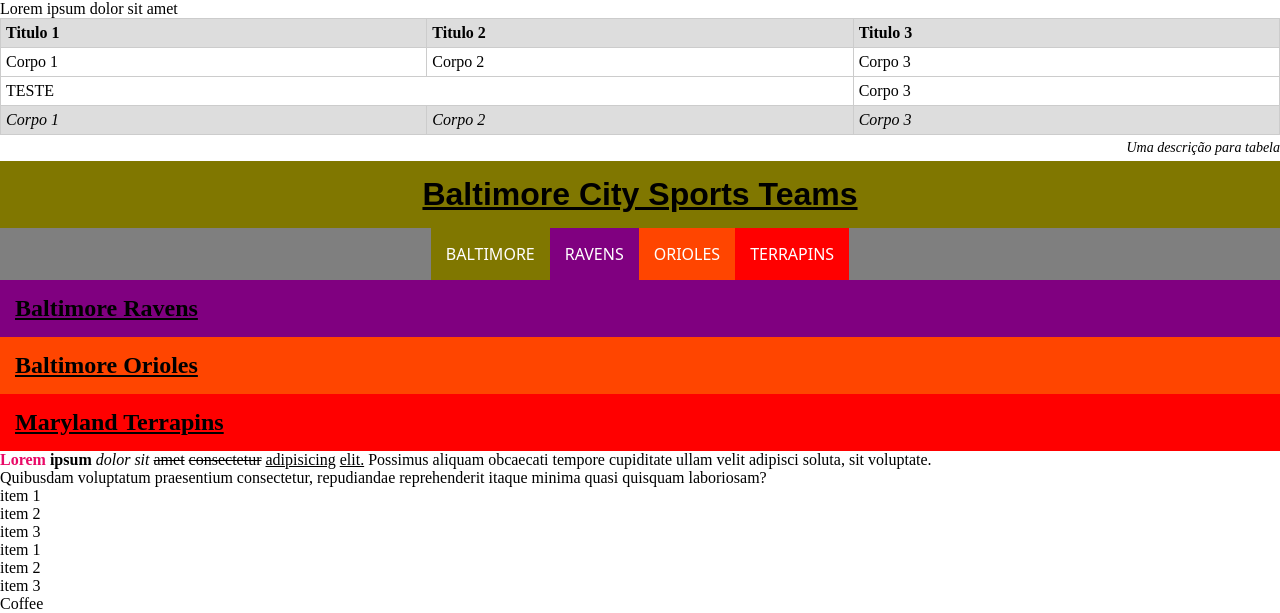
Repository: danilodscosta/CursoHTML
Page: index.html
An editor plug-in stored every save of this project. The page is shown before and after the next save, followed by the edit.
The browser window is 1280 px wide. The pictures show the part of the page from y = 0 to 613 px (the page is 1203 px tall).
A picture or video elsewhere on the page could not be fetched, so the positions and the page height are approximate.

Above is the page before, as saved 2023-11-02 12:44:34.

### index.html
<!DOCTYPE html>
<html lang="pt-BR">

<head>
    <meta charset="utf-8">
    <title>Baltimore</title>

    <style>
        * {
            margin: 0;
            padding: 0;
            box-sizing: border-box;
        }

        h1 {
            background: rgb(128, 119, 0);
            margin-left: center;
            margin-right: center;
            display: flex;
            align-items: center;
            justify-content: center;
        }

        p {
            color: rgb(0, 0, 0);
        }

        #titulo-1 {
            font-family: sans-serif;
            padding-top: 15px;
            padding-left: 15px;
            padding-bottom: 15px;
            padding-right: 15px;
        }

        #ravens {
            background: purple;
            color: black;
            padding: 15px;
        }

        #orioles {
            background: orangered;
            color: black;
            padding: 15px;
        }

        #terps {
            background: red;
            color: black;
            padding: 15px;
        }

        a.text:link {
            color: #000000;
        }

        a.text:visited {
            color: #000000;
        }

        a.text:hover {
            color: #1f0074;
        }

        .bold {
            color: rgb(233, 10, 103);
        }

        .lamar-photo {
            width: 200px;
        }

        .section-one,
        .section-two {
            box-sizing: border-box;
        }

        .section-one {
            width: 200px;
            height: 150px;
            background-color: deeppink;
            background-position: center center;
            background-size: cover;
            background-image: url(https://www.patriotwood.com/cdn/shop/products/Ravens1.JPG?v=1538356410);
            border: 5px solid black;
            padding: 15px;
            color: #fff;
            margin: 20px;
        }

        .section-two {
            background: deepskyblue;
            width: 200px;
            height: 150px;
            border-width: 10px;
            border-style: solid;
            border-bottom-color: blue;
            border-top-color: red;
            border-left-color: yellow;
            border-right-color: green;
            padding: 15px;
            color: #fff;
            margin: 20px;
        }

        nav {
            background-color: rgba(0, 0, 0, 0.5);
        }

        nav {
            display: flex;
            align-items: center;
            justify-content: center;
        }

        nav a {
            color: #ffffff;
            text-decoration: none;
            padding: 15px;
            display: block;
            text-transform: uppercase;
            font-family: system-ui, -apple-system, BlinkMacSystemFont, 'Segoe UI', Roboto, Oxygen, Ubuntu, Cantarell, 'Open Sans', 'Helvetica Neue', sans-serif;
        }

        nav ul {
            display: flex;
            list-style-type: none;
            background: rgba(0, 0, 0, 0.2);
        }

        .baltimoreh {
            background-color: rgb(128, 119, 0)
        }

        .baltimoreh:hover {
            background: rgb(94, 87, 0);
        }

        .ravensh {
            background-color: purple
        }

        .ravensh:hover {
            background: rgb(77, 0, 77)
        }

        .oriolesh {
            background-color:orangered
        }

        .oriolesh:hover {
            background: rgb(187, 50, 0)
        }

        .terpsh {
            background-color: red
        }

        .terpsh:hover {
            background: rgb(165, 1, 1)
        }

        table td, table th {
            border: 1px solid #ccc;
            padding: 5px;
            text-align: left;
        }

        table {
            border-collapse: collapse;
            width: 100%;
        }

        table caption {
            caption-side: bottom;
            font-size: 14px;
            font-style: italic;
            text-align: right;
            margin: 5px 0;
        }

        tfoot td, table th {
            background-color: #ddd;
        }

        tfoot td {
            font-style: oblique;
        }


        /* # antes de id
           . antes de class  */
    </style>
</head>

<body>
    <p>Lorem ipsum dolor sit amet</p>

    <table>
        <caption>Uma descrição para tabela</caption>
        <thead>
            <tr>
                <th>Titulo 1</th>
                <th>Titulo 2</th>
                <th>Titulo 3</th>
            </tr>
        </thead>

        <tbody>
            <tr>
                <td>Corpo 1</td>
                <td>Corpo 2</td>
                <td>Corpo 3</td>
            </tr>
            <tr>
                <td colspan="2">TESTE</td>
                <td>Corpo 3</td>
            </tr>
        </tbody>

        <tfoot>
            <tr>
                <td>Corpo 1</td>
                <td>Corpo 2</td>
                <td>Corpo 3</td>
            </tr>
        </tfoot>
    </table>

    <h1 id="titulo-1">
        <!--id e class são identificadores, sendo id > class, o vscode priorizará o id-->
        <a href="https://www.baltimorecity.gov/" class="text" target="_blank">Baltimore City Sports Teams</a>
    </h1>
    <nav>
        <ul>
            <li><a class="baltimoreh" href="https://www.baltimorecity.gov/" target="_blank">baltimore</a></li>
            <li><a class="ravensh" href="https://www.baltimoreravens.com/" target="_blank">ravens</a></li>
            <li><a class="oriolesh" href="https://www.mlb.com/orioles" target="_blank">orioles</a></li>
            <li><a class="terpsh" href="https://umterps.com/" target="_blank">Terrapins</a></li>
        </ul>
    </nav>
    <h2 id="ravens">
        <a href="https://www.baltimoreravens.com/" class="text" target="_blank">Baltimore Ravens</a>
    </h2>
    <h2 id="orioles">
        <a href="https://www.mlb.com/orioles" class="text" target="_blank">Baltimore Orioles</a>
    </h2>
    <h2 id="terps">
        <a href="https://umterps.com/" class="text" target="_blank">Maryland Terrapins</a>
    </h2>

    <!-- h1 > h6 importancia na semantica -->
    <p>
        <b class="bold">Lorem</b> <strong>ipsum</strong> <i>dolor</i> <em>sit</em> <del>amet</del>
        <s>consectetur</s> <ins>adipisicing</ins> <u>elit.</u> Possimus aliquam obcaecati tempore cupiditate
        ullam velit adipisci soluta, sit voluptate.<br>
        Quibusdam voluptatum praesentium consectetur, repudiandae reprehenderit
        itaque minima quasi quisquam laboriosam?
    </p>
    <!-- as tags: b, i, s, u são tags "fisicas",
    já as tags: strong, em, del, ins são tags "semânticas"
    <br> = quebra de linha -->

    <ul>
        <li>item 1</li>
        <li>item 2</li>
        <li>item 3</li>
    </ul>

    <ol type="A">
        <li>item 1</li>
        <li>item 2</li>
        <li>item 3</li>
    </ol>

    <dl>
        <dt>Coffee</dt>
        <dd>black hot drink</dd>
    </dl>

    <hr>
    <p><a href="https://github.com/danilodscosta" target="_blank">GitHub</a>

        <a href="https://www.espn.com.br/nfl/jogador/_/id/3916387/lamar-jackson" target="_blank">
            <img class="lamar-photo"
                src="https://s2.glbimg.com/Ic0P2IRxEOcNXZfRlZgY5ee0my0=/0x0:1024x683/924x0/smart/filters:strip_icc()/i.s3.glbimg.com/v1/AUTH_bc8228b6673f488aa253bbcb03c80ec5/internal_photos/bs/2020/l/h/gBwkcLS4GNRl9JhqhbvA/gettyimages-1193646827.jpg"
                alt="Lamar Jackson"></a>
    </p>

    <blockquote>QB1.</blockquote>

    <section class="section-one">baltimore ranves shield</section>
    <section class="section-two">2</section>
    <hr>
    <div>Eu sou um bloco</div>
    <footer>teste</footer>
</body>

</html>

After the next save:
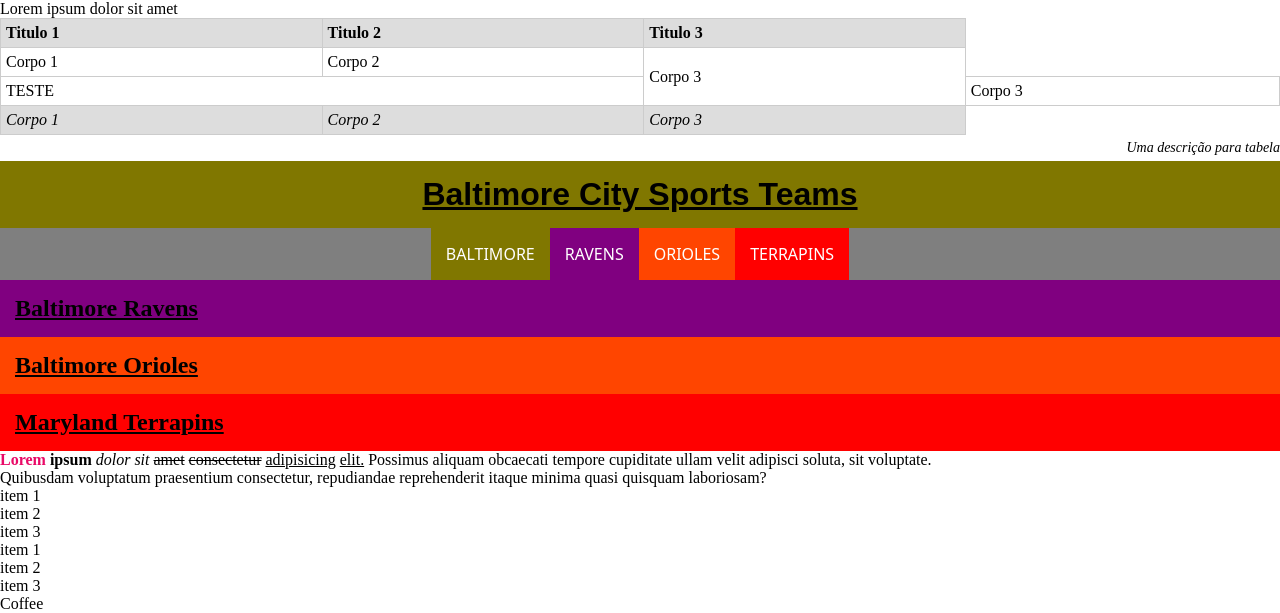
Saved 8 min 32 s later.
--- a/index.html
+++ b/index.html
@@ -211,7 +211,7 @@
             <tr>
                 <td>Corpo 1</td>
                 <td>Corpo 2</td>
-                <td>Corpo 3</td>
+                <td rowspan="2">Corpo 3</td>
             </tr>
             <tr>
                 <td colspan="2">TESTE</td>
